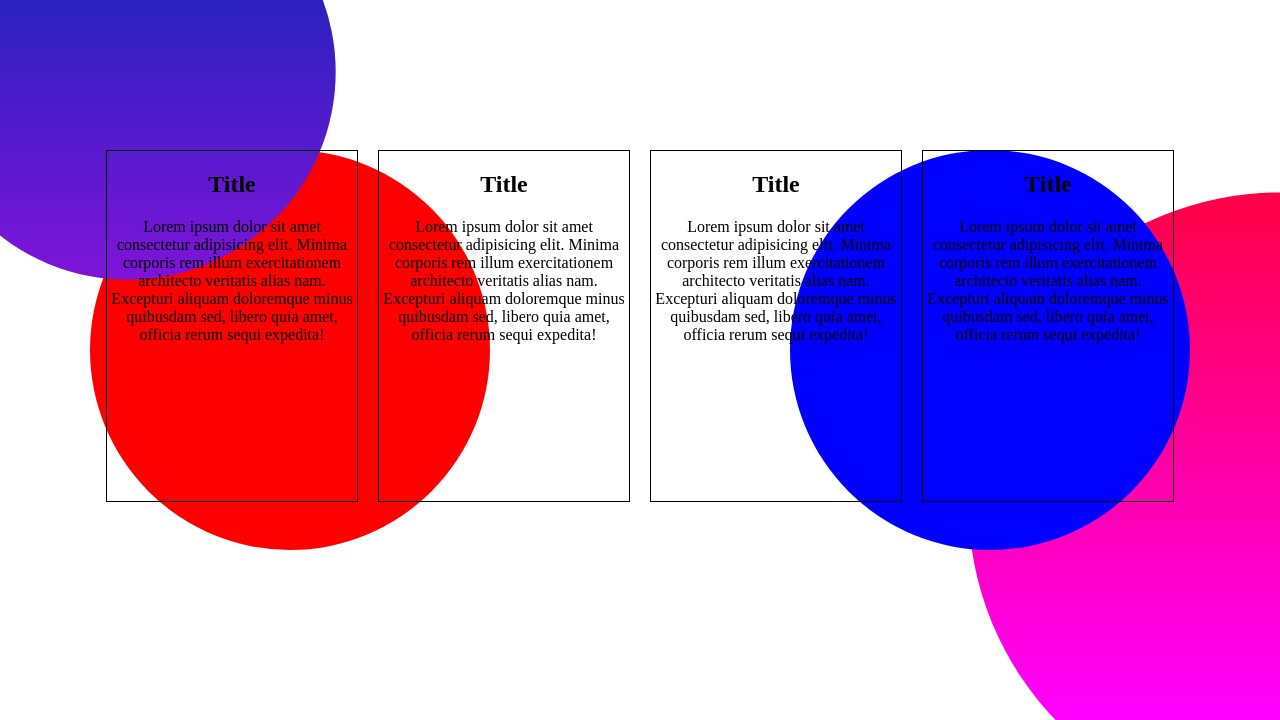
Repository: dovanluyen1996/Test-Git-PR
Page: index.html
An editor plug-in stored every save of this project. The page is shown before and after the next save, followed by the edit.
The browser window is 1280 px wide. The pictures show the whole page.

Above is the page before, as saved 2021-09-06 23:51:03.

### index.html
<!DOCTYPE html>
<html lang="en">
  <head>
    <meta charset="UTF-8" />
    <meta http-equiv="X-UA-Compatible" content="IE=edge" />
    <meta name="viewport" content="width=device-width, initial-scale=1.0" />
    <title>TestVsCode</title>
    <link rel="stylesheet" href="css/style.css" />
  </head>

  <body>
    <div class="container">
      <div class="test1"></div>
      <div class="test2"></div>
    </div>
    <div class="center">
      <div class="item-center">
        <h2>Title</h2>
        <p class="text">
          Lorem ipsum dolor sit amet consectetur adipisicing elit. Minima
          corporis rem illum exercitationem architecto veritatis alias nam.
          Excepturi aliquam doloremque minus quibusdam sed, libero quia amet,
          officia rerum sequi expedita!
        </p>
      </div>
      <div class="item-center">
        <h2>Title</h2>
        <p class="text">
          Lorem ipsum dolor sit amet consectetur adipisicing elit. Minima
          corporis rem illum exercitationem architecto veritatis alias nam.
          Excepturi aliquam doloremque minus quibusdam sed, libero quia amet,
          officia rerum sequi expedita!
        </p>
      </div>
      <div class="item-center">
        <h2>Title</h2>
        <p class="text">
          Lorem ipsum dolor sit amet consectetur adipisicing elit. Minima
          corporis rem illum exercitationem architecto veritatis alias nam.
          Excepturi aliquam doloremque minus quibusdam sed, libero quia amet,
          officia rerum sequi expedita!
        </p>
      </div>
      <div class="item-center">
        <h2>Title</h2>
        <p class="text">
          Lorem ipsum dolor sit amet consectetur adipisicing elit. Minima
          corporis rem illum exercitationem architecto veritatis alias nam.
          Excepturi aliquam doloremque minus quibusdam sed, libero quia amet,
          officia rerum sequi expedita!
        </p>
      </div>
    </div>
  </body>
</html>

### css/style.css
body {
}
body::before {
  content: "";
  position: absolute;
  top: 0;
  left: 0;
  width: 100%;
  height: 100%;
  background: linear-gradient(#f00, #f0f);
  clip-path: circle(30% at right 70%);
}
body::after {
  content: "";
  position: absolute;
  top: 0;
  left: 0;
  width: 100%;
  height: 100%;
  background: linear-gradient(rgb(44, 33, 192), #f0f);
  clip-path: circle(20% at 10% 10%);
}
.container {
  width: 1100px;
  margin: 0 auto;
  position: relative;
}
.test1 {
  width: 400px;
  height: 400px;
  background-color: red;
  border-radius: 50%;
  position: absolute;
}
.test2 {
  width: 400px;
  height: 400px;
  background-color: blue;
  border-radius: 50%;
  position: absolute;
  right: 0;
}
.item-center {
  width: 250px;
  height: 350px;
  border: 1px solid black;
  text-align: center;
}
.center {
  margin-top: 150px;
  position: relative;
  z-index: 999;
  display: flex;
  column-gap: 20px;
  justify-content: center;
  align-items: center;
}

After the next save:
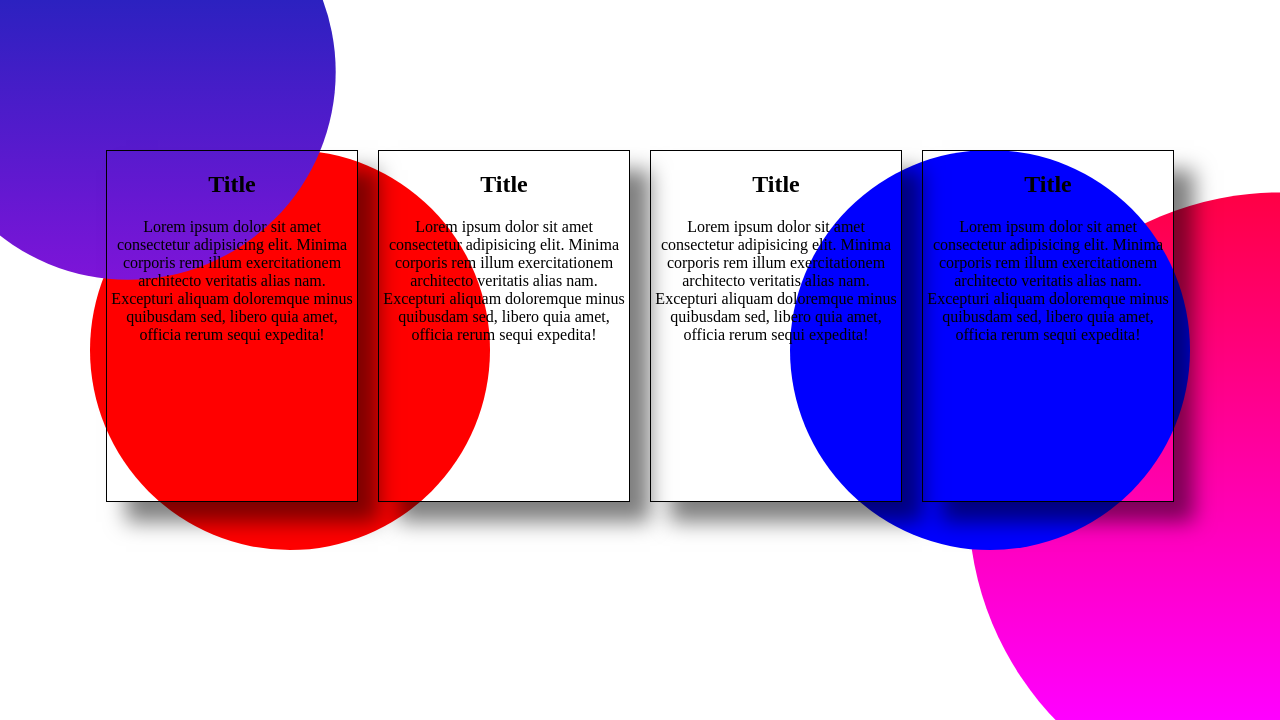
Saved 56 s later.
--- a/css/style.css
+++ b/css/style.css
@@ -45,6 +45,7 @@ body::after {
   height: 350px;
   border: 1px solid black;
   text-align: center;
+  box-shadow: 20px 20px 20px rgba(0, 0, 0, 0.5);
 }
 .center {
   margin-top: 150px;
